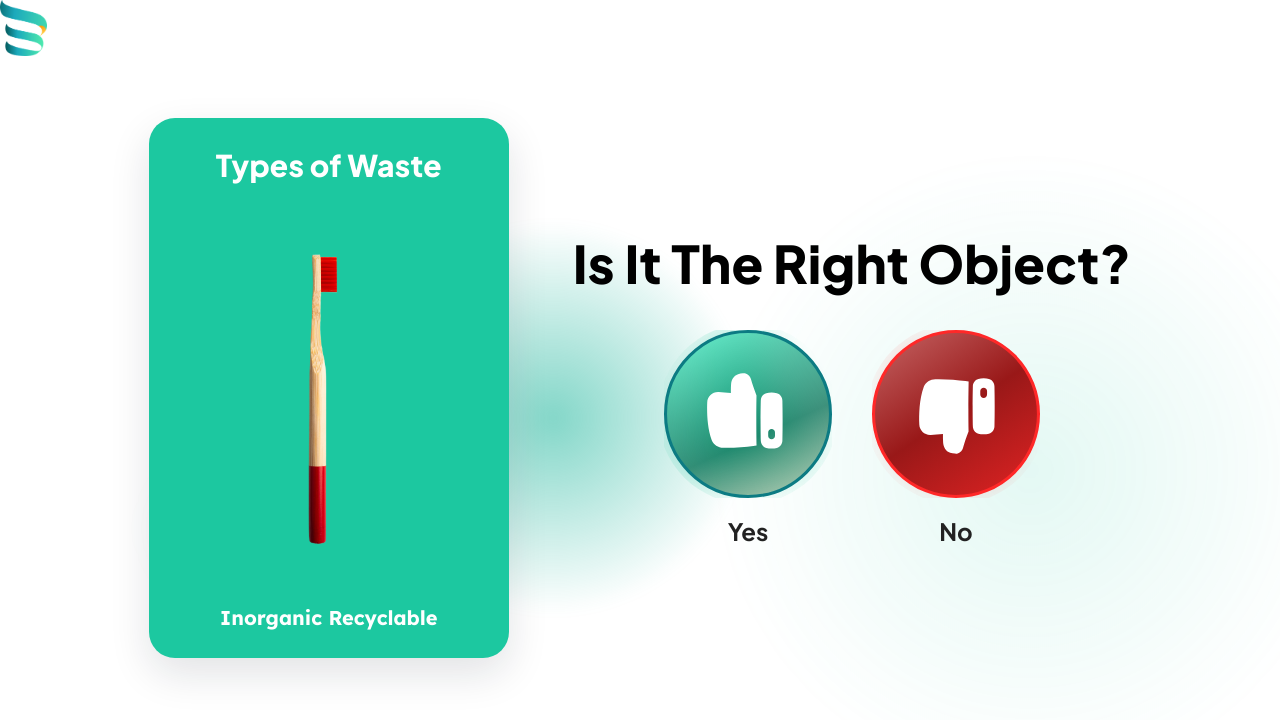
Repository: william-saputra/nusabin
Page: pages/products.html
An editor plug-in stored every save of this project. The page is shown before and after the next save, followed by the edit.
The browser window is 1280 px wide. The pictures show the whole page.

Above is the page before, as saved 2025-08-13 11:01:14.

After the next save:
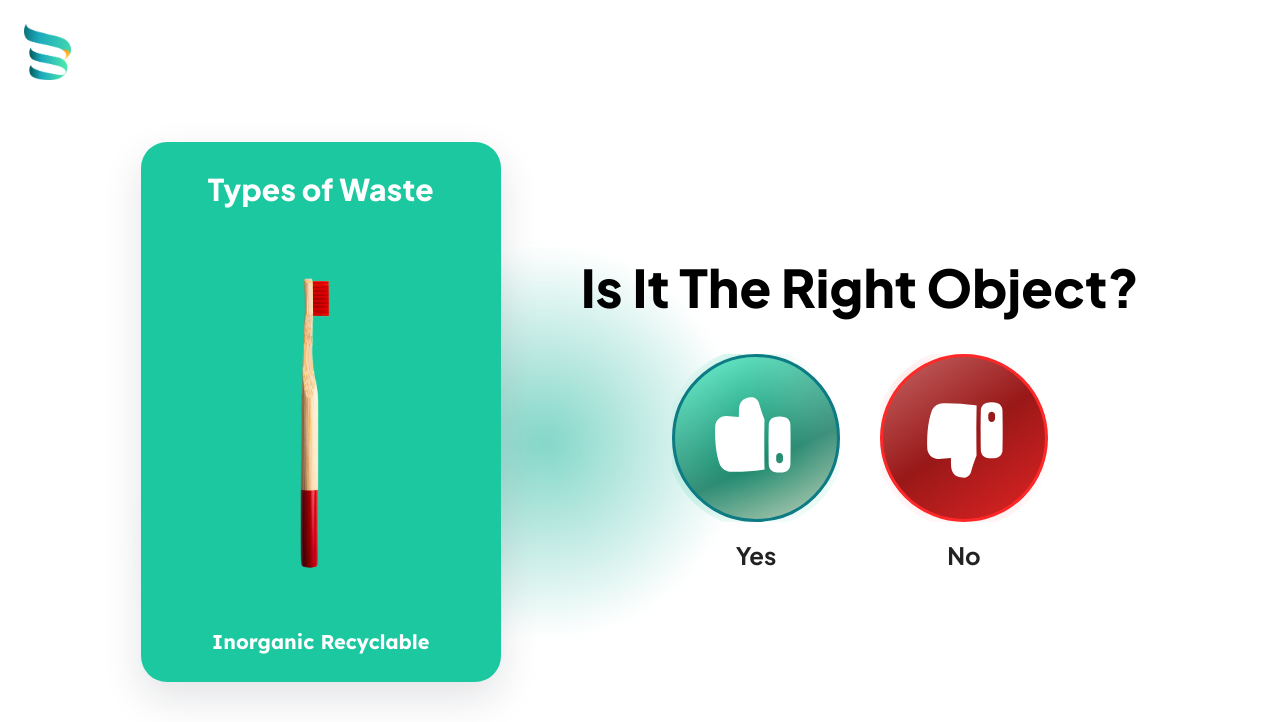
Saved 4 min 22 s later.
--- a/styles/pages/products.css
+++ b/styles/pages/products.css
@@ -15,12 +15,14 @@ body{margin:0;font-family:Lexend,system-ui,Segoe UI,Roboto,Helvetica,Arial,sans-
 
 /* subtle bottom-right green gradient (very soft) */
 .products-page{min-height:100vh;position:relative;display:grid;grid-template-rows:auto 1fr}
-.products-page::after{content:"";position:fixed;right:-200px;bottom:-200px;width:900px;height:900px;border-radius:50%;background:radial-gradient(closest-side, rgba(28,200,160,0.12), rgba(28,200,160,0) 70%);filter:blur(12px);pointer-events:none;z-index:-1}
+/* remove center/bottom glow */
+.products-page::after{content:none}
 
 .container{max-width:1240px;margin:0 auto;padding:0 32px}
+.products-page .topbar{padding:24px}
 
 /* Layout */
-.products-layout{display:grid;grid-template-columns:360px 1fr;gap:64px;align-items:center;min-height:calc(100vh - 120px)}
+.products-layout{display:grid;grid-template-columns:360px 1fr;gap:80px;align-items:center;min-height:calc(100vh - 120px)}
 .left-col,.right-col{display:block}
 
 /* Waste card */
